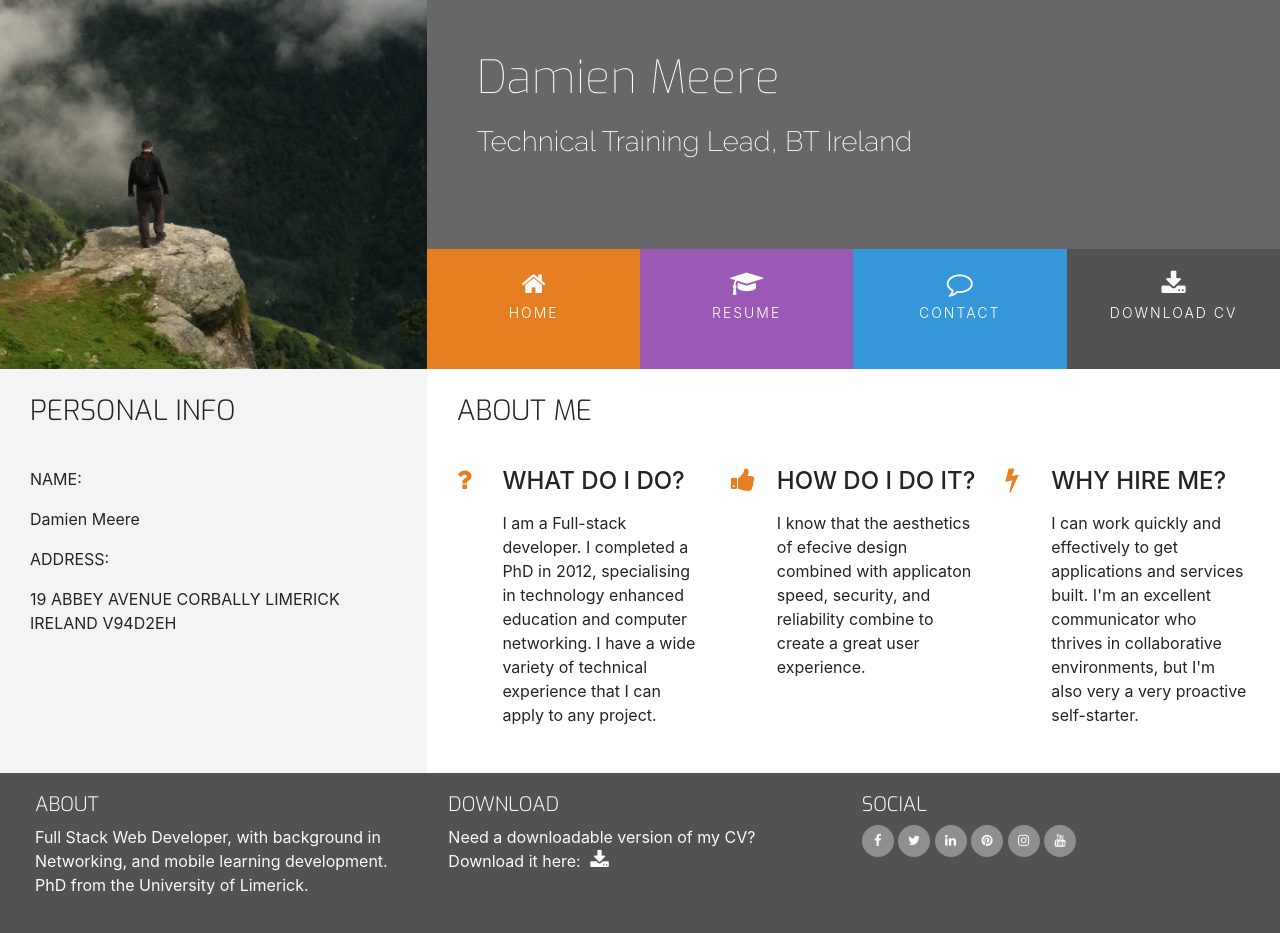
Repository: damien-meere/cv_site_project
Page: index.html
The author's editor kept a record of every edit. The page is drawn from the files as they stood at one moment, then again after the next edit.
The browser window is 1280 px wide. The pictures show the whole page.

Above is the page before.

### index.html
<!DOCTYPE html>
<html lang="en">

<head>
    <meta charset="UTF-8">
    <meta name="viewport" content="width=device-width, initial-scale=1.0">
    <meta http-equiv="X-UA-Compatible" content="ie=edge">
    <link rel="stylesheet" href="https://stackpath.bootstrapcdn.com/bootstrap/4.3.1/css/bootstrap.min.css" type="text/css" />
    <link rel="stylesheet" href="https://stackpath.bootstrapcdn.com/font-awesome/4.7.0/css/font-awesome.min.css" type="text/css" />
    <link rel="stylesheet" href="https://cdnjs.cloudflare.com/ajax/libs/hover.css/2.3.1/css/hover-min.css" type="text/css" />
    <link rel="stylesheet" href="assets/css/style.css" type="text/css" />
    <title>Damien Meere CV</title>
</head>

<body>
    <header>
        <div class="row no-gutters">
            <a href="index.html" class="col-md-4 logo"></a>
            <div class="col-md-8">
                <div class="row bg-color-name-title no-gutters">
                    <div class="col heading">
                        <h1 class="name">Damien Meere</h1>
                        <h2 class="title">Technical Training Lead, BT Ireland</h2>
                    </div>
                </div>
                <div class="row no-gutters">
                    <div class="col">
                        <ul id="nav" class="list-inline menu-container">
                            <!--the i element with fa is a font awesome icon. Aria hidden means this icon is ignored by screen readers-->
                            <li class="col-6 col-sm-3 list-inline-item ui-menu-color-home menuitem">
                                <a href="#" class="hvr-sweep-to-bottom"><i class="fa fa-home" aria-hidden="true"></i><span>Home</span></a>
                            </li>
                            <li class="col-6 col-sm-3 list-inline-item ui-menu-color-resume menuitem">
                                <a href="#" class="hvr-sweep-to-bottom"><i class="fa fa-graduation-cap" aria-hidden="true"></i><span>Resume</span></a>
                            </li>
                            <li class="col-6 col-sm-3 list-inline-item ui-menu-color-contact menuitem">
                                <a href="#" class="hvr-sweep-to-bottom"><i class="fa fa-comment-o" aria-hidden="true"></i><span>Contact</span></a>
                            </li>
                            <li class="col-6 col-sm-3 list-inline-item ui-menu-color-download menuitem">
                                <a href="#" class="hvr-sweep-to-bottom"><i class="fa fa-download" aria-hidden="true"></i><span>Download CV</span></a>
                            </li>
                        </ul>
                    </div>
                </div>
            </div>
        </div>
    </header>

    <!--Content Section of the page-->
    <section class="container-fluid">
        <div class="row">
            <!--contariner divided into 4&8 so -->
            <div class="col-md-4 bg-color-personal-info section-column">
                <div class="row">
                    <div class="col-12"><!--full with on all screen sizes-->
                        <h3 class="section-heading uppercase">Personal Info</h3>
                    </div>
                </div>
                <div class="personal-info-item">
                    <div class="key">
                        <p class="uppercase">
                            Name:
                        </p>
                    </div>
                    <div class="value">
                        <p>
                            Damien Meere
                        </p>
                    </div>
                </div>
                <div class="personal-info-item">
                    <div class="key">
                        <p class="uppercase">
                            Address:
                        </p>
                    </div>
                    <div class="value">
                        <p class="uppercase">
                            19 Abbey Avenue
                            Corbally
                            Limerick
                            Ireland
                            V94D2EH
                        </p>
                    </div>
                </div>
            </div>


            <!--create a column (because we have to have a column as a direct child of a row) of size 8, which is two-thirds the width of the screen-->
            <!--don't need to add any size classes for screen sizes smaller than medium because Bootstrap will automatically default to 12, our full width.-->
            <!--The row-table class specifies the use of a table whereas section-column specifies the use of a table cell, which will give us evenly sized columns in terms of height.-->
            <div class="col-md-8 bg-color-three-reasons section-column">
                <div class="row">
                    <div class="col">
                        <h3 class="section-heading uppercase">About Me</h3>
                    </div>
                </div>
                <div class="row">
                    <!--When looked at on the mobile, this is going to be 10 columns wide with an offset of 1
                        so that we get the content centered and have a one column margin down the left side.
                        We're going to switch that offset off for tablets and larger because on the tablet,
                        we want it to appear in three columns of content.-->
                    <div class="col-10 offset-1 offset-sm-0 col-sm-4">
                        <div class="row">
                            <div class="col-2">
                                <i class="three-reasons-icon fa fa-question" aria-hidden="true"></i>
                            </div>
                            <div class="col-10">
                                <h4 class="three-reasons-heading uppercase">What do I do?</h4>
                                <p>
                                    I am a Full-stack developer. I completed a PhD in 2012, specialising in technology enhanced education
                                    and computer networking. I have a wide variety of technical experience that I can apply to any project.
                                </p>
                            </div>
                        </div>
                    </div>
                    <div class="col-10 offset-1 offset-sm-0 col-sm-4">
                        <div class="row">
                            <div class="col-2">
                                <i class="three-reasons-icon fa fa-thumbs-up" aria-hidden="true"></i>
                            </div>
                            <div class="col-10">
                                <h4 class="three-reasons-heading uppercase">How do i do it?</h4>
                                <p>
                                    I know that the aesthetics of efecive design combined with applicaton speed, security,
                                    and reliability combine to create a great user experience.
                                </p>
                            </div>
                        </div>
                    </div>
                    <div class="col-10 offset-1 offset-sm-0 col-sm-4">
                        <div class="row">
                            <div class="col-2">
                                <i class="three-reasons-icon fa fa-bolt" aria-hidden="true"></i>
                            </div>
                            <div class="col-10">
                                <h4 class="three-reasons-heading uppercase">Why Hire Me?</h4>
                                <p>
                                    I can work quickly and effectively to get applications and services built. I'm an excellent
                                    communicator who thrives in collaborative environments, but I'm also very a very proactive self-starter.
                                </p>
                            </div>
                        </div>
                    </div>
                </div>
            </div>
        </div>
    </section>

    <!--Footer of the Page-->
    <footer class="container-fluid">
        <div id="footer-details" class="row">
            <div class="col-sm-4">
                <h5 class="uppercase general-sub">About</h5>
                <p class="inline-block">
                    Full Stack Web Developer, with background in Networking, and mobile learning development. PhD from the University of Limerick.
                </p>
            </div>
            <div class="col-sm-4">
                <h5 class="uppercase general-sub">Download</h5>
                <p class="inline-block">
                    Need a downloadable version of my CV? Download it here:
                    <a href="#" target="_blank" class="cv-pdf">
                        <i class="fa fa-download" aria-hidden="true"></i>
                        <span class="sr-only">Download Link</span>
                </p>
            </div>
            <div class="col-sm-4">
                <h5 class="uppercase general-sub">Social</h5>
                <!--unordered list has Bootstrap's default class of list-inline-->
                <!--all items in a list-inline class must use the list-inline-item class-->
                <ul class="list-inline social-links">
                    <li class="list-inline-item">
                        <a target="_blank" href="#">
                            <i class="fa fa-facebook" aria-hidden="true"></i>
                            <!--Screen Reader Only (replace icon with text)-->
                            <span class="sr-only">Facebook</span>
                    </li>
                    <li class="list-inline-item">
                        <a target="_blank" href="#">
                            <i class="fa fa-twitter" aria-hidden="true"></i>
                            <!--Screen Reader Only (replace icon with text)-->
                            <span class="sr-only">Twitter</span>
                    </li>
                    <li class="list-inline-item">
                        <a target="_blank" href="#">
                            <i class="fa fa-linkedin" aria-hidden="true"></i>
                            <!--Screen Reader Only (replace icon with text)-->
                            <span class="sr-only">LinkedIn</span>
                    </li>
                    <li class="list-inline-item">
                        <a target="_blank" href="#">
                            <i class="fa fa-pinterest" aria-hidden="true"></i>
                            <!--Screen Reader Only (replace icon with text)-->
                            <span class="sr-only">Pinterest</span>
                    </li>
                    <li class="list-inline-item">
                        <a target="_blank" href="#">
                            <i class="fa fa-instagram" aria-hidden="true"></i>
                            <!--Screen Reader Only (replace icon with text)-->
                            <span class="sr-only">Instagram</span>
                    </li>
                    <li class="list-inline-item">
                        <a target="_blank" href="#">
                            <i class="fa fa-youtube" aria-hidden="true"></i>
                            <!--Screen Reader Only (replace icon with text)-->
                            <span class="sr-only">YouTube</span>
                    </li>
                </ul>
            </div>
        </div>

    </footer>


</body>

</html>

### assets/css/style.css
@import url('https://fonts.googleapis.com/css?family=Raleway:100,200,300,400,500.600,700|Exo:100,200,300,400,500.600,700');

/*--------------------------------------------------Colours*/
.bg-color-name-title{
    background-color: #676767;
}

.bg-color-three-reasons{
    background-color: #FFF;
}

.ui-menu-color-home {
    background-color: #e67e22;
}

.ui-menu-color-resume {
    background-color: #9b59b6;
}

.ui-menu-color-contact {
    background-color: #3498db;
}

.ui-menu-color-download {
    background-color: #525252;
}

.bg-color-personal-info{
    background-color: #f4f4f4;
}


/*--------------------------------------------------Special Padding/margins/text*/

h1,h2,h3,h4 {
    margin: 0;
}

.uppercase {
    text-transform: uppercase;
}

.general-sub {
    font-family: "Exo", sans-serif;
    font-weight:300;
    color: #fafafa;

}

/* By setting to table we can then specify its child columns as table cells, which ensures that the columns will remain equal height, regardless of their content*/
.row-table{
    display:table;
}

.section-column{
    display: table-cell;
    padding: 0 30px 30px;
    float: none;
}

.section-heading{
    font-family: "Exo", sans-serif;
    font-weight: 300;
    margin-top: 25px;
    margin-bottom: 40px;
}

/*--------------------------------------------------Headings*/
header {
    margin: 0;
}

.heading{
    margin-left: 50px;
}

.logo {
    background: url("../images/logo_image.jpg");
    background-position: center;
    background-repeat: no-repeat;
    background-size: cover;
    min-height: 360px;
    transition: all .5s ease-in-out;
    -moz-transition: all .5s ease-in-out;
    -webkit-transition: all .5s ease-in-out;
}

.name {
    font-family: "Exo", sans-serif;
    font-weight: 100;
    font-size: 46px;
    margin-top: 50px;
    color: #fff;
}

.title {
    font-family: "Raleway", sans-serif;
    font-weight: 200;
    font-size: 28px;
    margin-top: 20px;
    margin-bottom: 90px;
    color: #fff;
}

.list-inline-item:not(:last-child) {
    margin: 0;
}

.menu-container {
    font-size: 0;
}

#nav {
    margin: 0;
}

#nav li {
    font-size: 14px;
    padding: 0;
}

.menuitem {
    height: 120px;
    text-align: center;
    padding: 0;
}

.menuitem a{
    width: 100%;
    text-decoration: none;
    color: #fff;
    height: 120px;
}

.menuitem a i {
    padding-top: 22px;
    /*Set to block to ensure icon appears on a new line*/
    display: block;
    color: #fafafa;
    font-size: 26px;
}


.menuitem span {
    display: block;
    width: 100%;
    padding-top: 5px;
    text-align: center;
    text-transform:uppercase;
    font-size: 14px;
    font-weight: 300;
    letter-spacing: 2px;
}



/*--------------------------------------------------Hover Override*/

.hvr-sweep-to-bottom:before{
    /*setting rgb to black, but the transparancy to 0.2, to its a subtle change*/
    background: rgba(0, 0, 0, 0.2);
}



/*--------------------------------------------------Footer*/

footer {
    background-color: #525252;
    color: #fafafa;
    min-height: 120px;
    margin: 0;

}

.inline-block{
    display:inline-block;
}

.cv-pdf i {
    font-size: 20px;
    color: #fafafa;
    text-align:center;
    padding-left: 5px;
    transition: all 0.3s ease-in-out;
    -moz-transition: all 0.3s ease-in-out;
    -webkit-transition: all 0.3s ease-in-out;
    -o-transition: all 0.3s ease-in-out;
}

.cv-pdf i:hover {
    color: #e84610;
}


.social-links{
    padding-bottom: 15px;
}

.social-links li a i{
    width: 32px;
    height: 32px;
    padding: 12px 0;
    /*if you set the border-radius to 50% when something has equal height and width, then you get a circle.*/
    border-radius: 50%;
    font-size: 13px;
    line-height: 7px;
    text-align: center;
    color: #fafafa;
    background: #8f8f8f;
    transition: all 0.3s ease-in-out;
    -moz-transition: all 0.3s ease-in-out;
    -webkit-transition: all 0.3s ease-in-out;
    -o-transition: all 0.3s ease-in-out;
}

.social-links li a i:hover{
    background: #e84610;

}

#footer-details{
    padding: 20px;
}

/*--------------------------------------------------Three Reasons*/

.three-reasons-icon {
    font-size: 26px;
    color: #e67e22;

}

.three-reasons-heading {
    margin-bottom: 15px;

}

After the next edit:
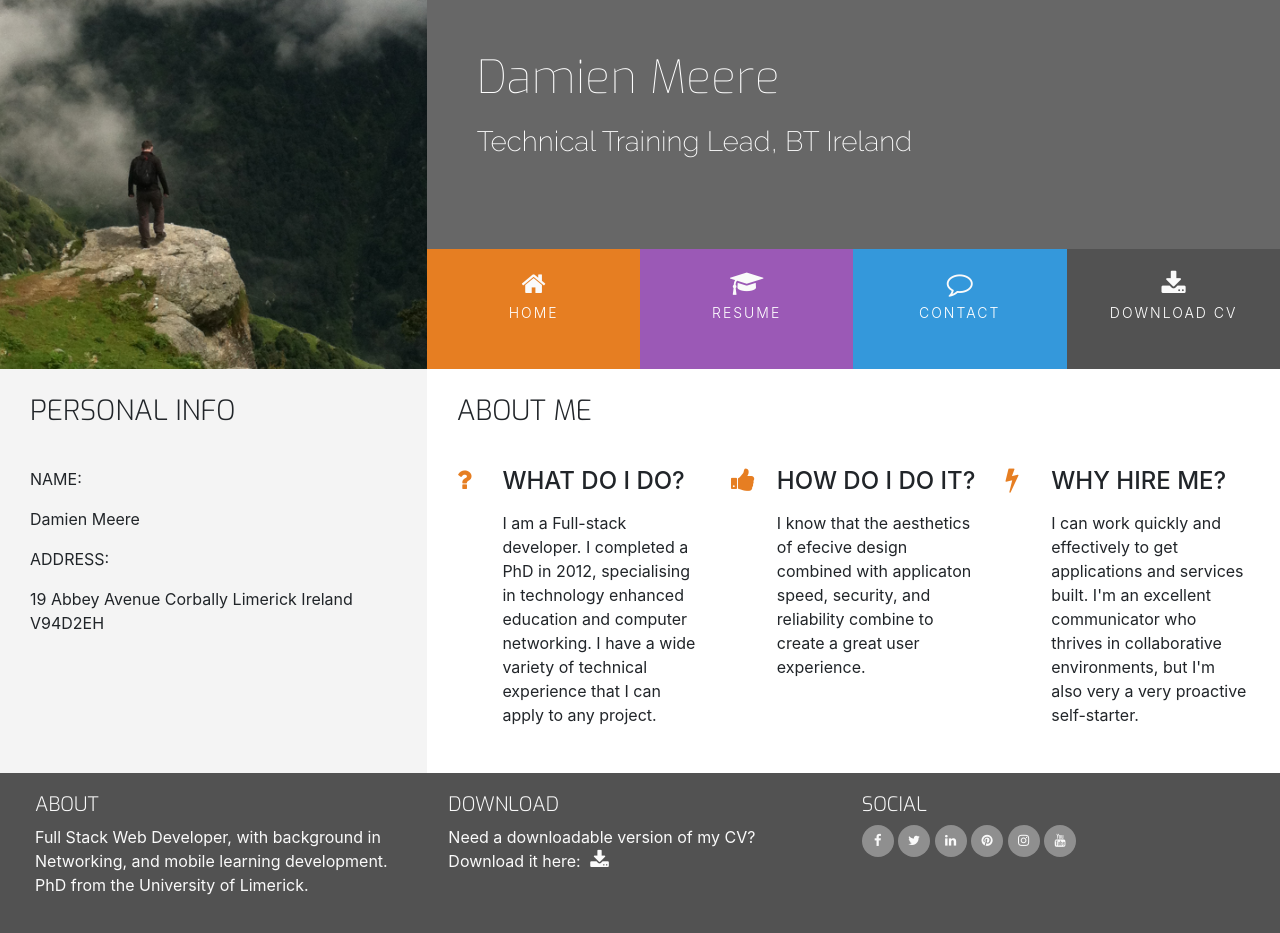
The edit:
--- a/index.html
+++ b/index.html
@@ -75,7 +75,7 @@
                         </p>
                     </div>
                     <div class="value">
-                        <p class="uppercase">
+                        <p>
                             19 Abbey Avenue
                             Corbally
                             Limerick
